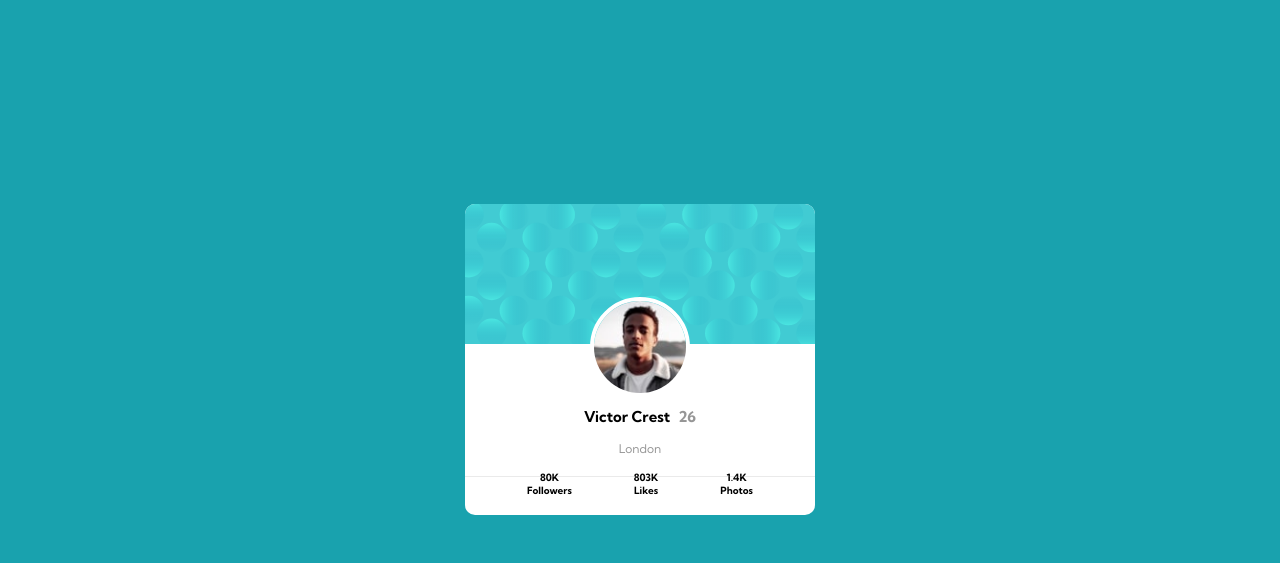
Repository: thaibaocoder1/profile-card-component-main
Page: index.html
An editor plug-in stored every save of this project. The page is shown before and after the next save, followed by the edit.
The browser window is 1280 px wide. The pictures show the whole page.

Above is the page before, as saved 2023-01-11 14:08:12.

### index.html
<!DOCTYPE html>
<html lang="en">
<head>
  <meta charset="UTF-8">
  <meta name="viewport" content="width=device-width, initial-scale=1.0">
  <link rel="icon" type="image/png" sizes="32x32" href="./images/favicon-32x32.png">
  <link rel="preconnect" href="https://fonts.googleapis.com">
  <link rel="preconnect" href="https://fonts.gstatic.com" crossorigin>
  <link href="https://fonts.googleapis.com/css2?family=Kumbh+Sans:wght@400;700&display=swap" rel="stylesheet">
  <title>Frontend Mentor | Profile card component</title>
  <link rel="stylesheet" href="./style.css">
  <!-- Feel free to remove these styles or customise in your own stylesheet 👍 -->
  <style>
    .attribution { font-size: 11px; text-align: center; }
    .attribution a { color: hsl(228, 45%, 44%); }
  </style>
</head>
<body>
  <main class="card">
    <section class="card__wrapper">
      <img src="./images/bg-pattern-card.svg" alt="">
      <section class="card__content">
        <img src="./images/image-victor.jpg" alt="">
        <h2 class="card__bottom--heading">Victor Crest <span>26</span></h2>
        <p class="card__bottom--address">London</p>
        <section class="footer">
            <div class="card__bottom--item">
              <p>80K</p>
              <span>Followers</span>
            </div>
            <div class="card__bottom--item">
              <p>803K</p>
              <span>Likes</span>
            </div>
            <div class="card__bottom--item">
              <p>1.4K</p>
              <span>Photos</span>
            </div>
        </section>
      </section>
    </section>
  </main>
  <!-- <div class="attribution">
    Challenge by <a href="https://www.frontendmentor.io?ref=challenge" target="_blank">Frontend Mentor</a>.
    Coded by <a href="#">Your Name Here</a>.
  </div> -->
</body>
</html>

### style.css
@import url('https://fonts.googleapis.com/css2?family=Kumbh+Sans:wght@400;700&display=swap');
* {
    margin: 0;
    padding: 0;
    box-sizing: border-box;
    border: none;
    outline: none;
}
html {
    font-size: 62.5%;
}
body {
    text-rendering: optimizeLegibility;
    scroll-behavior: smooth;
    font-family: 'Kumbh Sans', sans-serif;
    display: flex;
    align-items: center;
    justify-content: center;
    background-color: var(--dark-cyan);
    height: calc(100vh - 1px)
}
:root {
    --dark-cyan: hsl(185, 75%, 39%);
    --very-dark-blue: hsl(229, 23%, 23%);
    --dark-blue: hsl(227, 10%, 46%);
    --dark-grey: hsl(0, 0%, 59%);
}
.card {
    margin: 0 auto;
    text-align: center;
}
.card__wrapper {
    max-width: 420px;
    background-color: #fff;
    border-radius: 1rem;
    overflow: hidden;
    margin: 1rem;
}
.card__content {
    position: relative;
    padding-top: 6rem;
}
.card__content img {
    width: 10rem;
    height: 10rem;
    border-radius: 50%;
    border: 4px solid #fff;
    position: absolute;
    top: 0;
    left: 50%;
    transform: translate(-50%, -50%);
}
.card__content {
    font-weight: bold;
}
.card__content .card__bottom--heading span {
    color: var(--dark-grey);
    font-weight: 600;
    margin-left: 0.5rem;
}
.card__content .card__bottom--address {
    color: var(--dark-grey);
    padding-block: 1.5rem;
    font-size: 1.2rem;
    font-weight: 500;
}
.card__content::before {
    content: "";
    width: 100%;
    height: 1px;
    background-color: var(--dark-grey);
    opacity: 0.2;
    position: absolute;
    left: 0;
    bottom: 2rem;
    z-index: 1;
}
.footer {
    display: flex;
    justify-content: space-evenly;
    margin-bottom: 1.8rem;
}
.footer .card__bottom--item p {
    /* font-size: 1.8rem; */
}

After the next save:
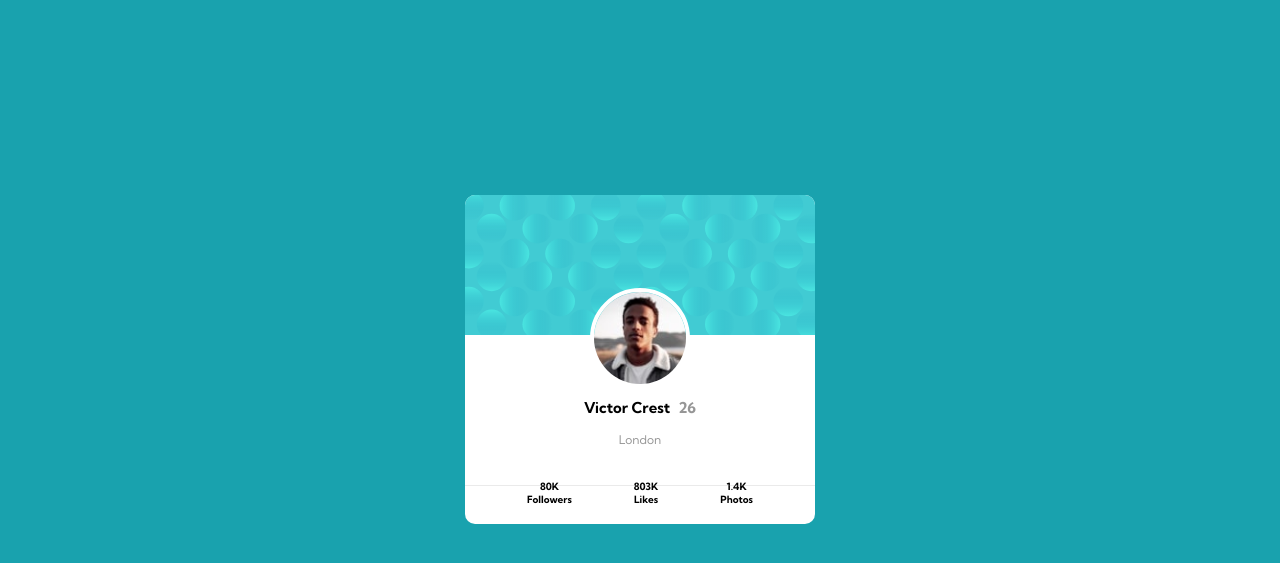
Saved 15 s later.
--- a/style.css
+++ b/style.css
@@ -78,7 +78,7 @@ body {
 .footer {
     display: flex;
     justify-content: space-evenly;
-    margin-bottom: 1.8rem;
+    margin: 1.8rem 0;
 }
 .footer .card__bottom--item p {
     /* font-size: 1.8rem; */
